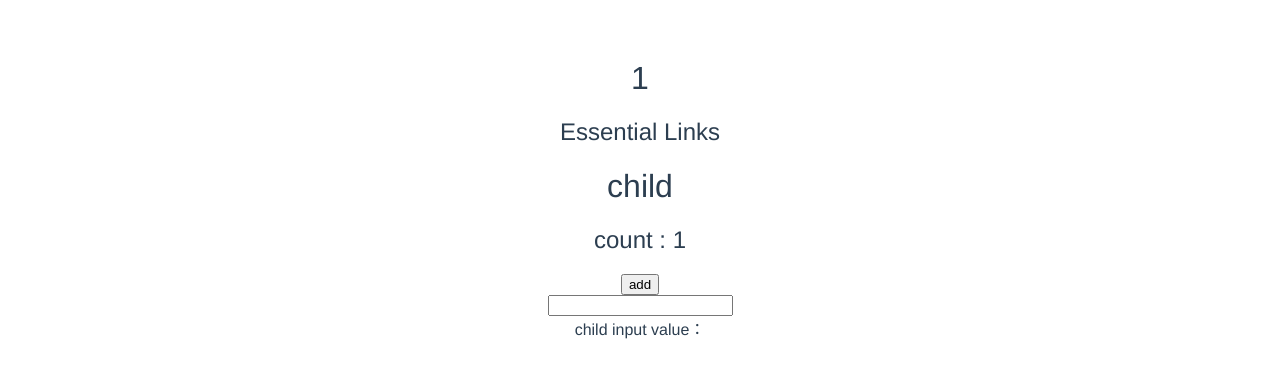
Repository: NotTooTwo/vueRouter
Page: /#/
These files come from the project's save history. The page is drawn as it stood at one moment and after a run of saves; the edit follows.
The browser window is 1280 px wide. The pictures show the whole page.
The project was rebuilt for these pictures with package versions that can differ from the ones it lists, and the page was loaded fresh each time.

Above is the page before, as saved 2018-03-13 10:36:08.

### src/components/HelloWorld.vue
<template>
  <div class="hello">
    <h1>{{ childNum }}</h1>
    <h2>Essential Links</h2>
    <!-- 子组件给父组件传参：子组件内(add()函数)$emit触发父组件的预定义的触发函数 -->
    <Child :countNum=1 v-on:childCount="countChildNum"></Child>
    <div>child input value：{{msg}}</div>
  </div>
</template>

<script>
import Child from './child'
export default {
  name: 'HelloWorld',
  data () {
    return {
      msg: '',
      childNum:1
    }
  },
methods:{
  countChildNum(num){
      this.childNum = num;
  }
},
components:{
    Child
  }
}
</script>

<!-- Add "scoped" attribute to limit CSS to this component only -->
<style scoped>
h1, h2 {
  font-weight: normal;
}
ul {
  list-style-type: none;
  padding: 0;
}
li {
  display: inline-block;
  margin: 0 10px;
}
a {
  color: #42b983;
}
</style>

### src/components/child.vue
<template>
  <div class="child">
    <h1>child</h1>
    <h2>count : {{count}}</h2>
    <button @click='add'>add</button>
    <div>
      <input type="text" v-model="childVal">
    </div>
  </div>
</template>

<script>
export default {
  name: 'child',
  data () {
    return {
      msg: 'Welcome to Your Vue.js App',
      count: 0,
      childVal:''
    }
  },
  props:[
    'countNum'
  ],
  created(){
    this.count=this.countNum;
  },
  watch:{
      'childVal'(val,old){
          this.$parent.msg = val
      }
  },
  methods:{
    add(){
      ++this.count;
      this.$emit('childCount',this.count)
    },
    sendMsg(){
      console.log(this.$parent.msg)
      // this.$set(this.$parent,'msg',this.childVal)
      this.$parent.msg = this.childVal
    }
  }
}
</script>

<!-- Add "scoped" attribute to limit CSS to this component only -->
<style scoped>
h1, h2 {
  font-weight: normal;
}
ul {
  list-style-type: none;
  padding: 0;
}
li {
  display: inline-block;
  margin: 0 10px;
}
a {
  color: #42b983;
}
</style>

Loaded but not shown: index.html (common file); src/main.js (common file); src/App.vue (common file); src/router/index.js (common file)

After the next 3 saves:
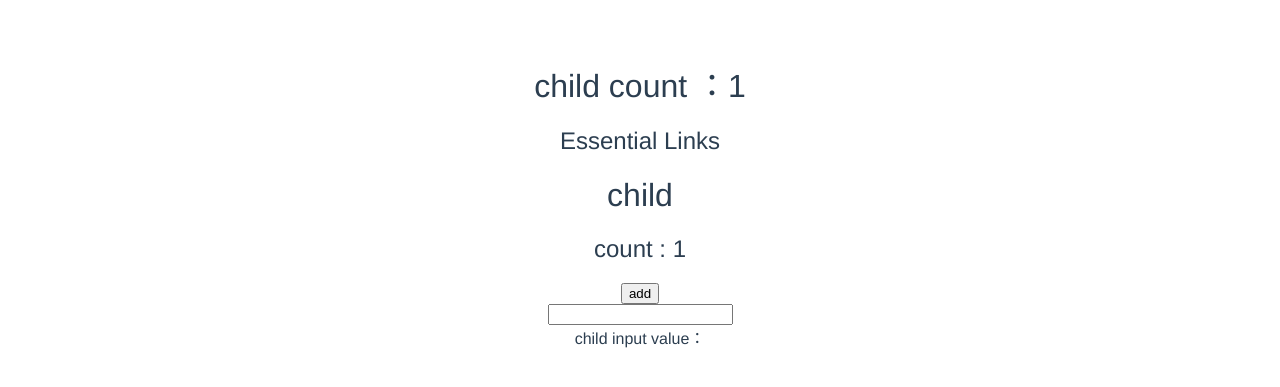
The 3 saves are shown as one change because they came seconds apart.
The last was saved 18 s later.
--- a/src/components/HelloWorld.vue
+++ b/src/components/HelloWorld.vue
@@ -1,6 +1,6 @@
 <template>
   <div class="hello">
-    <h1>{{ childNum }}</h1>
+    <h1>child count ：{{ childNum }}</h1>
     <h2>Essential Links</h2>
     <!-- 子组件给父组件传参：子组件内(add()函数)$emit触发父组件的预定义的触发函数 -->
     <Child :countNum=1 v-on:childCount="countChildNum"></Child>
